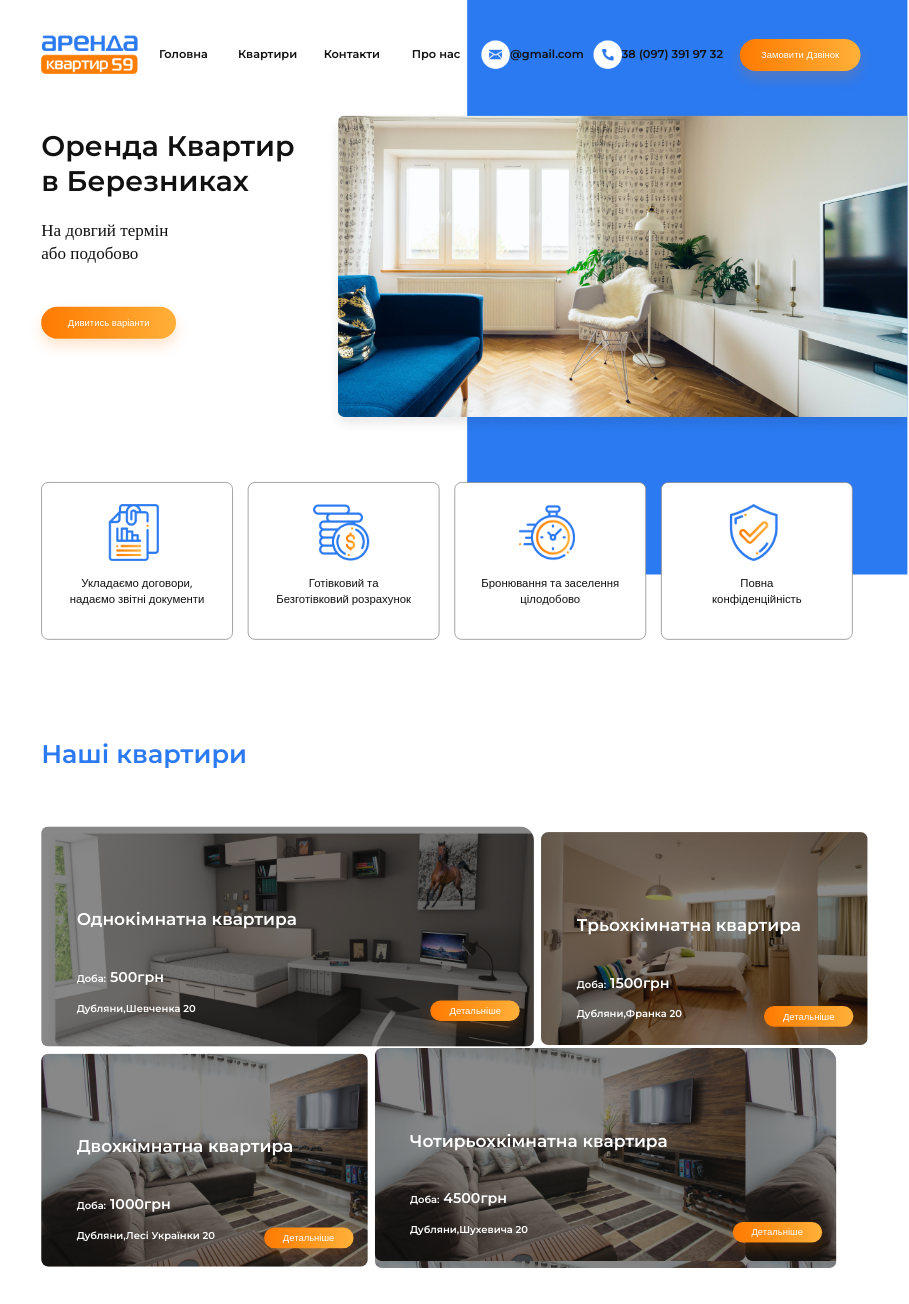
Repository: batonAnton/HW-7-grid
Page: index.html
The author's editor kept a copy of each file at every save. The page is drawn from the files as they stood at one save, then again after the next save.
The browser window is 1280 px wide. The pictures show the whole page, at 71% of full size.

Above is the page before, as saved 2022-06-29 16:22:17.

After the next save:
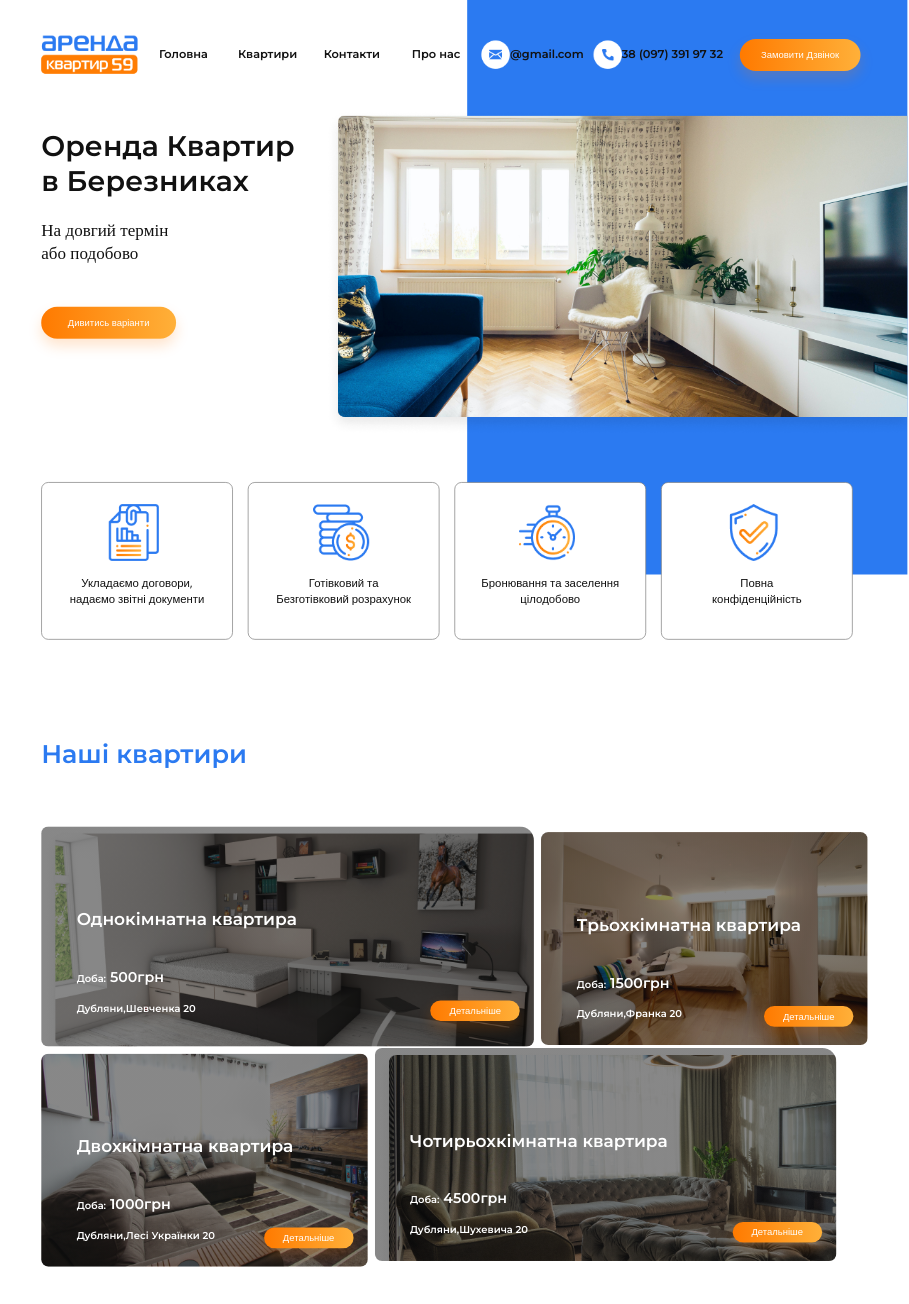
Saved 5 min 12 s later.
--- a/css/styles2.css
+++ b/css/styles2.css
@@ -243,9 +243,9 @@ header {
   grid-row: 4/6;
   width: 650px;
   height: 300px;
-  height: 310px;
+  /* height: 310px; */
   margin-top: -8px;
-  background: linear-gradient(rgba(17, 17, 17, 0.5), rgba(17, 17, 17, 0.5)), url(../images/wrapper4/Background\ 2.1.png);
+  background: linear-gradient(rgba(17, 17, 17, 0.5), rgba(17, 17, 17, 0.5)), url(../images/wrapper4/Background\ 2.2.png);
   border-radius: 10px;
   border-top-right-radius: 20px;
 }
@@ -317,7 +317,7 @@ header {
 }
 
 .location{
-    padding: 0px 50px 0px 50px;
+    padding: 0px 45px 0px 50px;
 
 }
 
